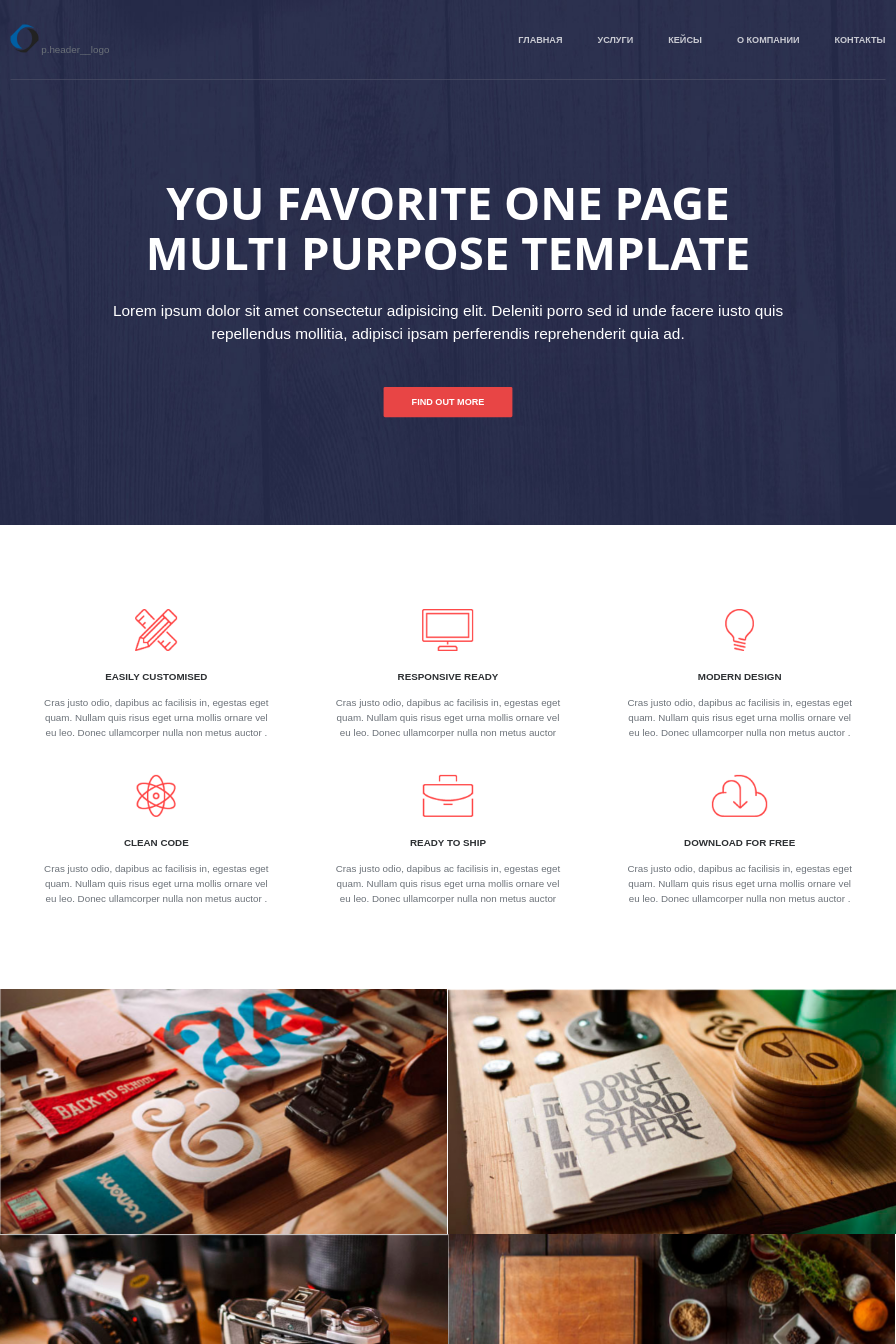
Repository: ZetsubouBilly/test
Page: index.html
The author's editor kept a copy of each file at every save. The page is drawn from the files as they stood at one save, then again after a run of saves.
The browser window is 1280 px wide. The pictures show the part of the page from y = 0 to 1920 px (the page is 4843 px tall), at 70% of full size.

Above is the page before, as saved 2023-05-13 11:41:54.

After the next 2 saves:
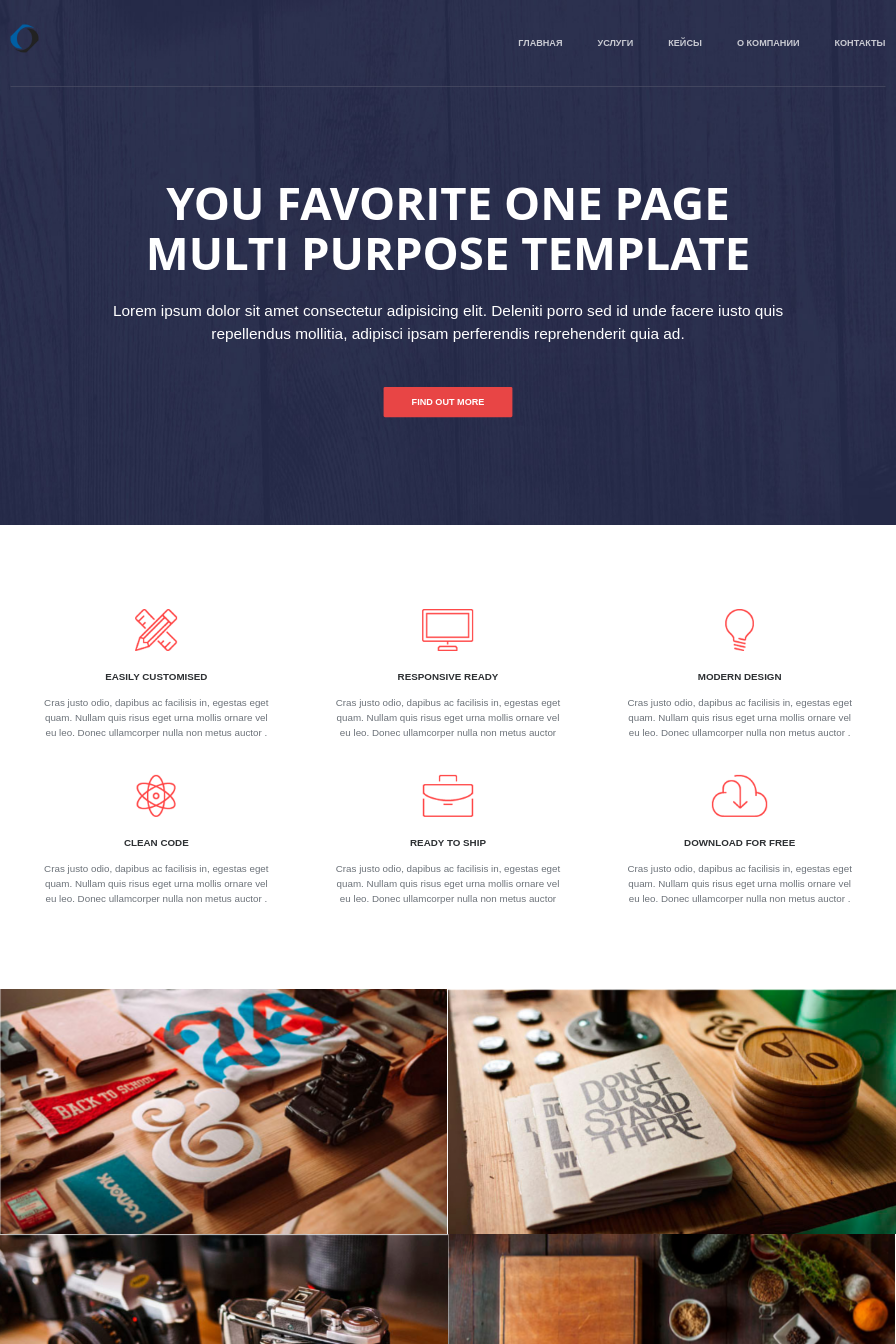
The 2 saves are shown as one change because they came seconds apart.
The last was saved 14 s later.
--- a/index.html
+++ b/index.html
@@ -29,7 +29,7 @@
             <div class="header__inner">
                 <div class="header__logo">
                     <img src="img/logo.png" alt="">
-                    p.header__logo
+                    <p class="header__logo_name"></p>
                 </div>
 
                 <nav class="nav" id="nav">
